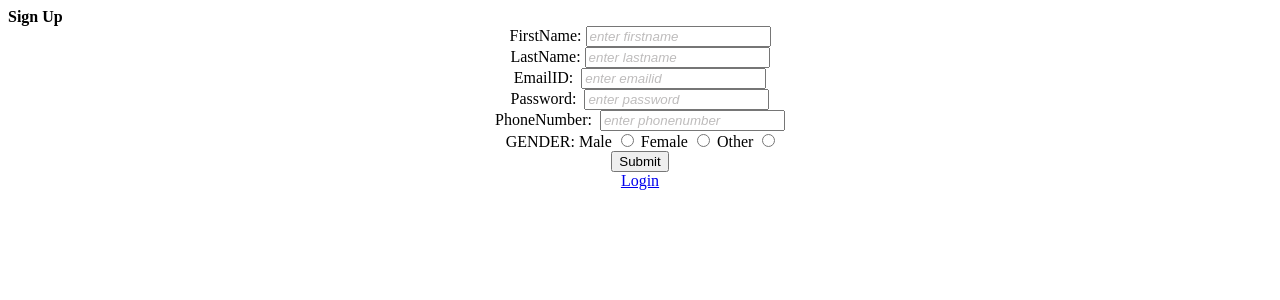
Repository: Tharungandhi/ServeltProject
Page: ServletJDBCApp/WebContent/registration.html
The author's editor kept a copy of each file at every save. The page is drawn from the files as they stood at one save, then again after the next save.
The browser window is 1280 px wide. The pictures show the whole page.

Above is the page before, as saved 2019-01-29 12:11:01.

### ServletJDBCApp/WebContent/registration.html
<!DOCTYPE html>
<html>
<head>
<style>
#subscribe,
#login{
	position: absolute;
	top: 0px;
	width: 88%;
	padding: 18px 6% 60px 6%;
	margin: 0 0 35px 0;
	background: rgb(247, 247, 247);
	border: 1px solid rgba(147, 184, 189,0.8);
	box-shadow:
		0pt 2px 5px rgba(105, 108, 109,  0.7),
		0px 0px 8px 5px rgba(208, 223, 226, 0.4) inset;
	border-radius: 5px;
}
#login{
	z-index: 22;
}
#wrapper h1{
	font-size: 48px;
	color: rgb(6, 106, 117);
	padding: 2px 0 10px 0;
	font-family: 'FranchiseRegular','Arial Narrow',Arial,sans-serif;
	font-weight: bold;
	text-align: center;
	padding-bottom: 30px;
}

/** For the moment only webkit supports the background-clip:text; */
#wrapper h1{
	background:
	-webkit-repeating-linear-gradient(-45deg,
		rgb(18, 83, 93) ,
		rgb(18, 83, 93) 20px,
		rgb(64, 111, 118) 20px,
		rgb(64, 111, 118) 40px,
		rgb(18, 83, 93) 40px);
	-webkit-text-fill-color: transparent;
	-webkit-background-clip: text;
}

#wrapper h1:after{
	content:' ';
	display:block;
	width:100%;
	height:2px;
	margin-top:10px;
	background:
		linear-gradient(left,
			rgba(147,184,189,0) 0%,
			rgba(147,184,189,0.8) 20%,
			rgba(147,184,189,1) 53%,
			rgba(147,184,189,0.8) 79%,
			rgba(147,184,189,0) 100%);
}
/**** advanced input styling ****/
/* placeholder */
::-webkit-input-placeholder  {
	color: rgb(190, 188, 188);
	font-style: italic;
}
input:-moz-placeholder,
textarea:-moz-placeholder{
	color: rgb(190, 188, 188);
	font-style: italic;
}
input {
  outline: none;
}
#wrapper input:not([type="checkbox"]){
	width: 92%;
	margin-top: 4px;
	padding: 10px 5px 10px 32px;
	border: 1px solid rgb(178, 178, 178);
	box-sizing : content-box;
	border-radius: 3px;
	box-shadow: 0px 1px 4px 0px rgba(168, 168, 168, 0.6) inset;
	transition: all 0.2s linear;
}
#wrapper input:not([type="checkbox"]):active,
#wrapper input:not([type="checkbox"]):focus{
	border: 1px solid rgba(91, 90, 90, 0.7);
	background: rgba(238, 236, 240, 0.2);
	box-shadow: 0px 1px 4px 0px rgba(168, 168, 168, 0.9) inset;
}
@font-face {
    font-family: 'FontomasCustomRegular';
    src: url('fonts/fontomas-webfont.eot');
    src: url('fonts/fontomas-webfont.eot?#iefix') format('embedded-opentype'),
         url('fonts/fontomas-webfont.woff') format('woff'),
         url('fonts/fontomas-webfont.ttf') format('truetype'),
         url('fonts/fontomas-webfont.svg#FontomasCustomRegular') format('svg');
    font-weight: normal;
    font-style: normal;
}

/** the magic icon trick ! **/
[data-icon]:after {
    content: attr(data-icon);
    font-family: 'FontomasCustomRegular';
    color: rgb(106, 159, 171);
    position: absolute;
    left: 10px;
    top: 35px;
	width: 30px;
}
#wrapper p.button input{
	width: 30%;
	cursor: pointer;
	background: rgb(61, 157, 179);
	padding: 8px 5px;
	font-family: 'BebasNeueRegular','Arial Narrow',Arial,sans-serif;
	color: #fff;
	font-size: 24px;
	border: 1px solid rgb(28, 108, 122);
	margin-bottom: 10px;
	text-shadow: 0 1px 1px rgba(0, 0, 0, 0.5);
	border-radius: 3px;
	box-shadow:
		0px 1px 6px 4px rgba(0, 0, 0, 0.07) inset,
		0px 0px 0px 3px rgb(254, 254, 254),
		0px 5px 3px 3px rgb(210, 210, 210);
	transition: all 0.2s linear;
}
#wrapper p.button input:hover{
	background: rgb(74, 179, 198);
}
#wrapper p.button input:active,
#wrapper p.button input:focus{
	background: rgb(40, 137, 154);
	position: relative;
	top: 1px;
	border: 1px solid rgb(12, 76, 87);
	box-shadow: 0px 1px 6px 4px rgba(0, 0, 0, 0.2) inset;
}
p.login.button,
p.signin.button{
	text-align: right;
	margin: 5px 0;
}
.keeplogin{
	margin-top: -5px;
}
.keeplogin input,
.keeplogin label{
	display: inline-block;
	font-size: 12px;
	font-style: italic;
}
.keeplogin input#loginkeeping{
	margin-right: 5px;
}
.keeplogin label{
	width: 80%;
}
p.change_link{
	position: absolute;
	color: rgb(127, 124, 124);
	left: 0px;
	height: 20px;
	width: 440px;
	padding: 17px 30px 20px 30px;
	font-size: 16px	;
	text-align: right;
	border-top: 1px solid rgb(219, 229, 232);
	border-radius: 0 0  5px 5px;
	background: rgb(225, 234, 235);
	background: repeating-linear-gradient(-45deg,
	rgb(247, 247, 247) ,
	rgb(247, 247, 247) 15px,
	rgb(225, 234, 235) 15px,
	rgb(225, 234, 235) 30px,
	rgb(247, 247, 247) 30px
	);
}
#wrapper p.change_link a {
	display: inline-block;
	font-weight: bold;
	background: rgb(247, 248, 241);
	padding: 2px 6px;
	color: rgb(29, 162, 193);
	margin-left: 10px;
	text-decoration: none;
	border-radius: 4px;
	border: 1px solid rgb(203, 213, 214);
	transition: all 0.4s  linear;
}
#wrapper p.change_link a:hover {
	color: rgb(57, 191, 215);
	background: rgb(247, 247, 247);
	border: 1px solid rgb(74, 179, 198);
}
#wrapper p.change_link a:active{
	position: relative;
	top: 1px;
}
#register{
	z-index: 21;
	opacity: 0;
}
#toregister:target ~ #wrapper #register,
#tologin:target ~ #wrapper #login{
	z-index: 22;
	animation-name: fadeInLeft;
	animation-delay: .1s;
}
animate{
	animation-duration: 0.5s;
	animation-timing-function: ease;
	animation-fill-mode: both;
}
@keyframes fadeInLeft {
	0% {
		opacity: 0;
		transform: translateX(-20px);
	}

	100% {
		opacity: 1;
		transform: translateX(0);
	}
}
#toregister:target ~ #wrapper #login,
#tologin:target ~ #wrapper #register{
	animation-name: fadeOutLeftBig;
}

@keyframes fadeOutLeft {
	0% {
		opacity: 1;
		transform: translateX(0);
	}

	100% {
		opacity: 0;
		transform: translateX(-20px);
	}
}



</style>





<meta charset="UTF-8">
<title>Sign Up</title>
</head>
<body>
<div class="login">
<form action="register" method="post">
<h><b>Sign Up</b></h>
<div align="center">
<div>
<label>FirstName:</label>
<input type="text" name="firstname"  placeholder="enter firstname" value=""  /> </div>
<div>
<label>LastName:</label>
<input type="text" name="lastname"  placeholder="enter lastname" value=""  /> </div>
<div>
<label>EmailID:</label>
&nbsp;<input type="email" name="emailid"  placeholder="enter emailid" value=""  /> </div>
<div>
<div>
<label>Password:</label>
&nbsp;<input type="password" name="password" placeholder="enter password"  value=""  />
</div>
<label>PhoneNumber:</label>
&nbsp;<input type="text" name="phonenumber"  placeholder="enter phonenumber"  value=""  /> </div>
<div>
&nbsp;<label>GENDER:</label>
<label>Male</label>
<input type="radio" name="gender" value="male"  />
<label>Female</label>
<input type="radio" name="gender" value="female"  />
<label>Other</label>
<input type="radio" name="gender" value="other" />
</div>
<input type="submit" name="submit"/>
<div>
<a href=login.html>Login</a></div>
</div>
</form>
</div>
</body>
</html>

After the next save:
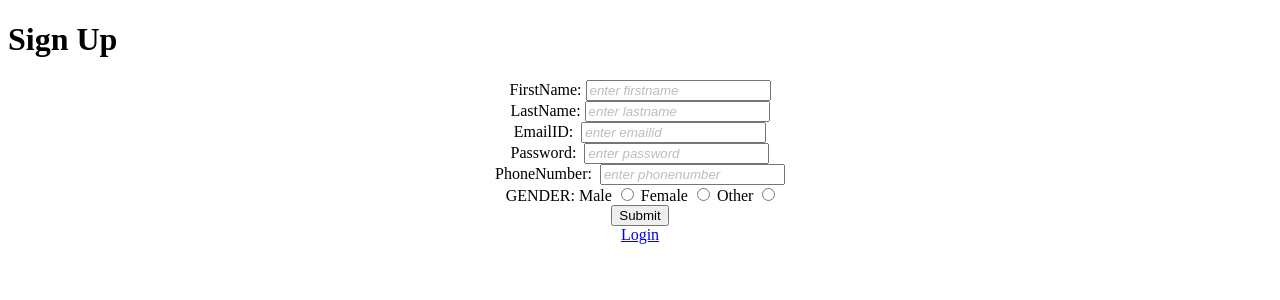
Saved 65 s later.
--- a/ServletJDBCApp/WebContent/registration.html
+++ b/ServletJDBCApp/WebContent/registration.html
@@ -254,7 +254,7 @@ animate{
 <body>
 <div class="login">
 <form action="register" method="post">
-<h><b>Sign Up</b></h>
+<h1><b>Sign Up</b></h1>
 <div align="center">
 <div>
 <label>FirstName:</label>
